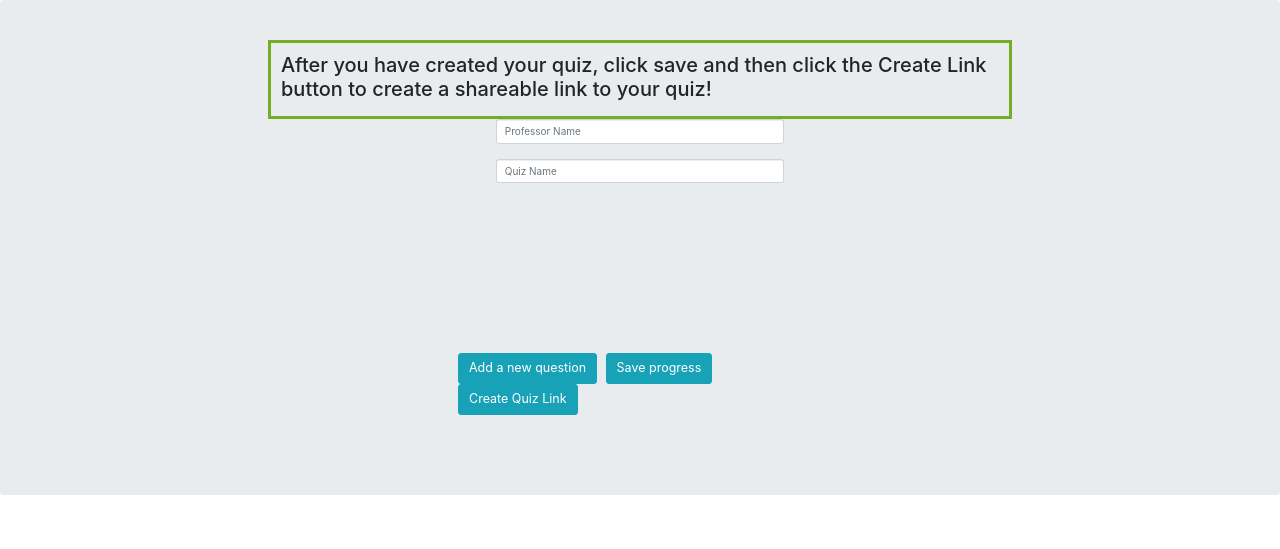
Repository: phillipdacosta/QuizemsNew
Page: /#/home
An editor plug-in stored every save of this project. The page is shown before and after the next save, followed by the edit.
The browser window is 1280 px wide. The pictures show the whole page.
Some web libraries are served in a nearby version. The project was rebuilt for these pictures with package versions that can differ from the ones it lists, and the page was loaded fresh each time. Also part of the build but not shown: angular.json, src/app/quiz/quiz.component.ts, src/app/about/about.component.ts, src/app/student/student.component.ts, src/app/questions/questions.component.ts, src/app/question-display/question-display.component.ts, src/app/timer/timer.component.ts.

Above is the page before, as saved 2019-06-30 17:41:19.

After the next save:
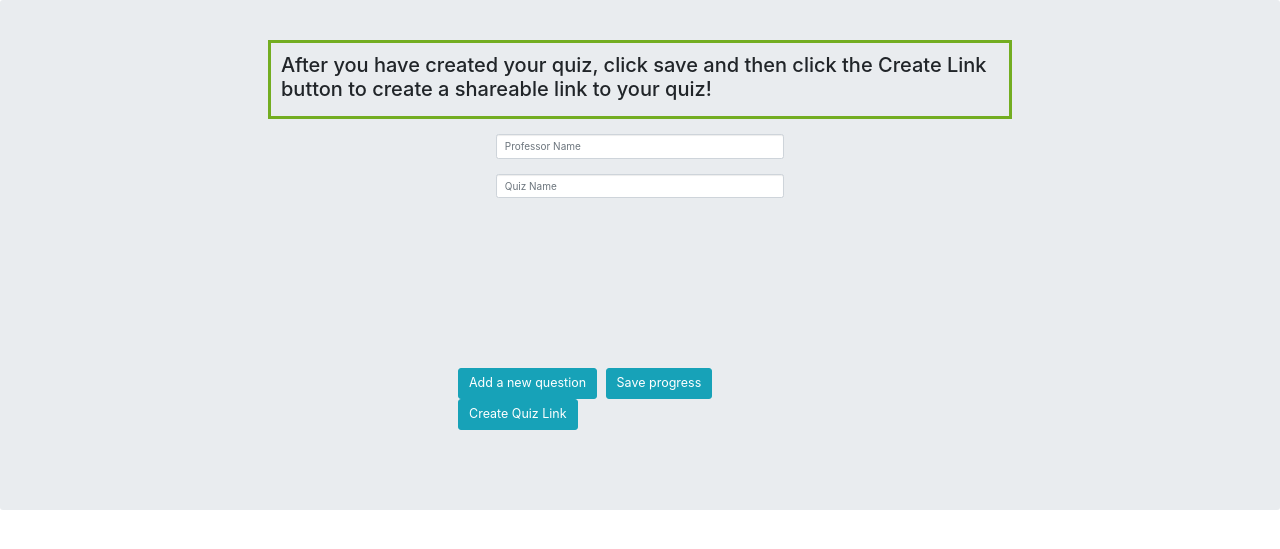
Saved 38 s later.
--- a/src/app/professor/professor.component.html
+++ b/src/app/professor/professor.component.html
@@ -52,8 +52,10 @@
 <div class = "jumbotron">
     <div class = "heading">
         <h2>After you have created your quiz, click save and then click the Create Link button to create a shareable link to your quiz!</h2>
+      </div>
 
-      </div>
+      <br>
+
 
     <div class="row justify-content-center">
 
